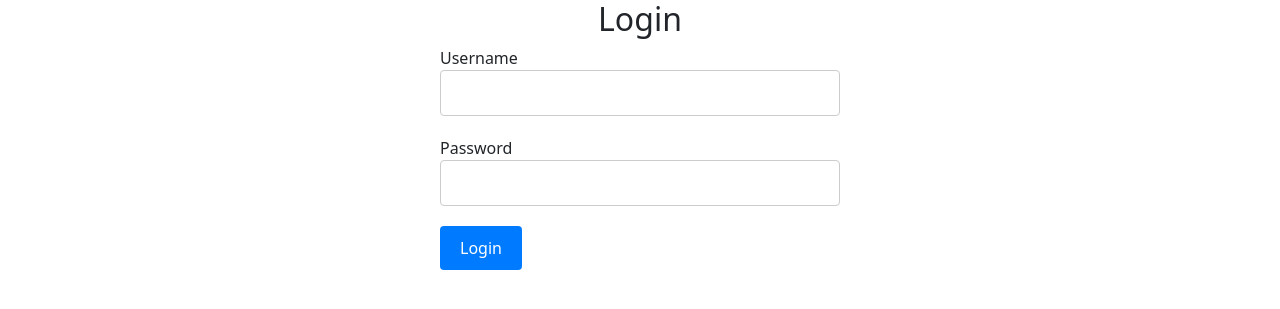
Repository: gabrielwodtke282/PetShop-fofinhos
Page: front-end/index.html
The author's editor kept a copy of each file at every save. The page is drawn from the files as they stood at one save, then again after the next save.
The browser window is 1280 px wide. The pictures show the whole page.

Above is the page before, as saved 2026-03-23 10:06:01.

After the next save:
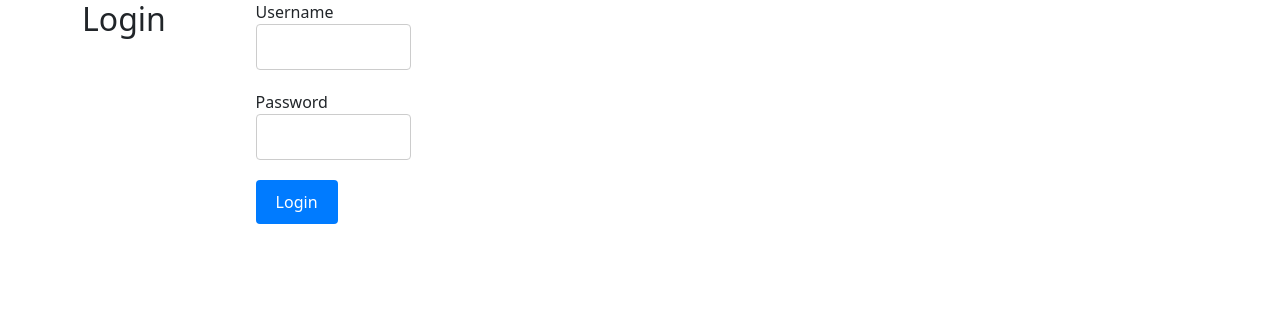
Saved 6 s later.
--- a/front-end/index.html
+++ b/front-end/index.html
@@ -10,7 +10,7 @@
 </head>
 
 <body>
-    <div class="container mt-24 100vh">
+    <div class="container mt-24 100vh d-flex">
     <h2 class="text-center">Login</h2>
     <div class="row">
         <div class="col-md-6 offset-md-3">

After the save that followed:
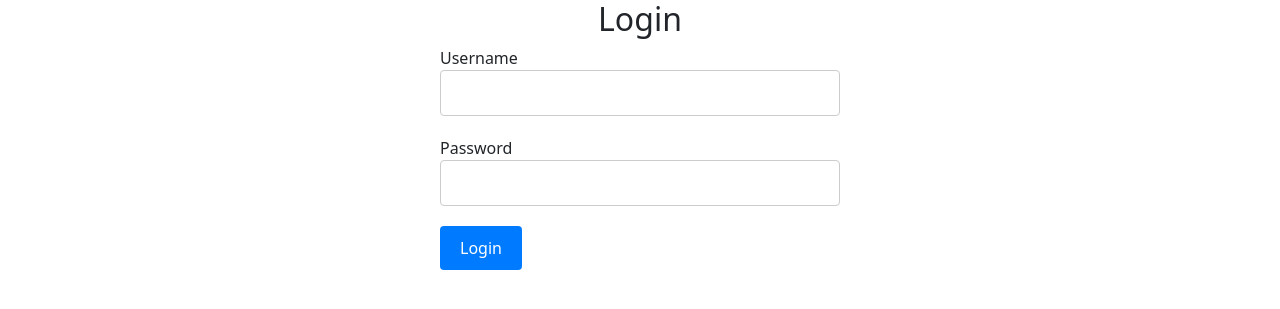
Saved 6 s later.
--- a/front-end/index.html
+++ b/front-end/index.html
@@ -10,7 +10,7 @@
 </head>
 
 <body>
-    <div class="container mt-24 100vh d-flex">
+    <div class="container mt-24 100vh">
     <h2 class="text-center">Login</h2>
     <div class="row">
         <div class="col-md-6 offset-md-3">
